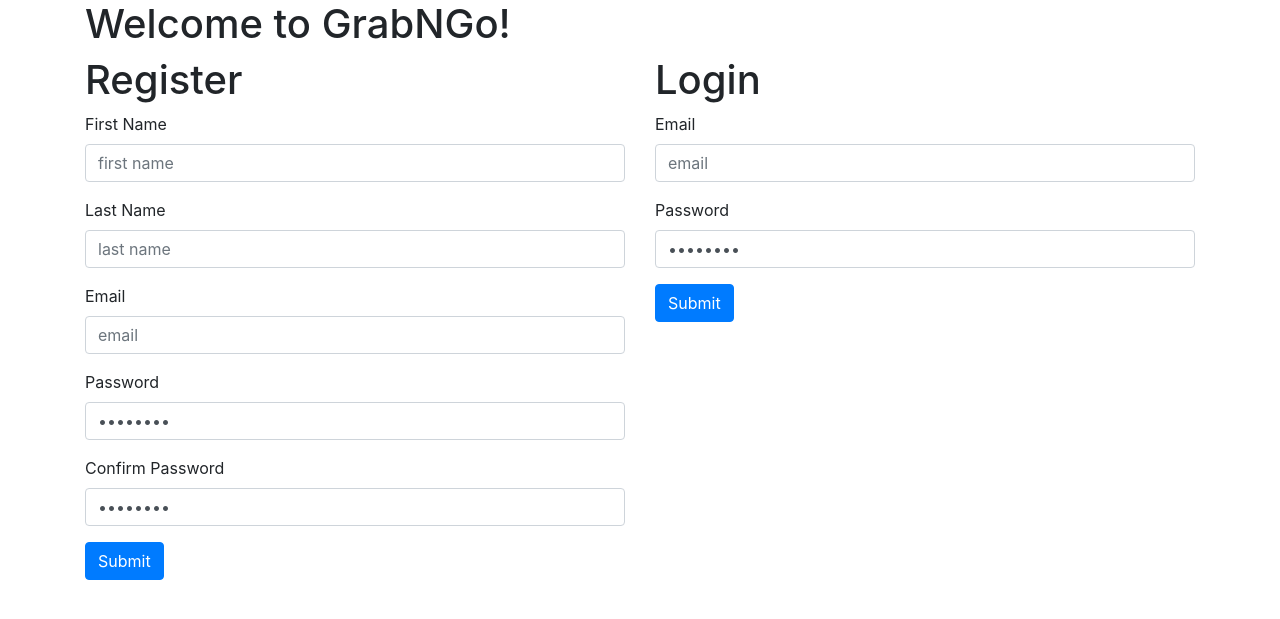
Repository: RICHIE-YIN/Projects
Page: GrabNGo/flask_app/templates/index.html
The author's editor kept a copy of each file at every save. The page is drawn from the files as they stood at one save, then again after the next save.
The browser window is 1280 px wide. The pictures show the whole page.
The page is served by the project's application, run on Flask 3 (GrabNGo/flask_app/__init__.py). The template is opened directly, without the code that normally fills it, so the values that code supplies are empty.

Above is the page before, as saved 2023-04-12 22:38:55.

After the next save:
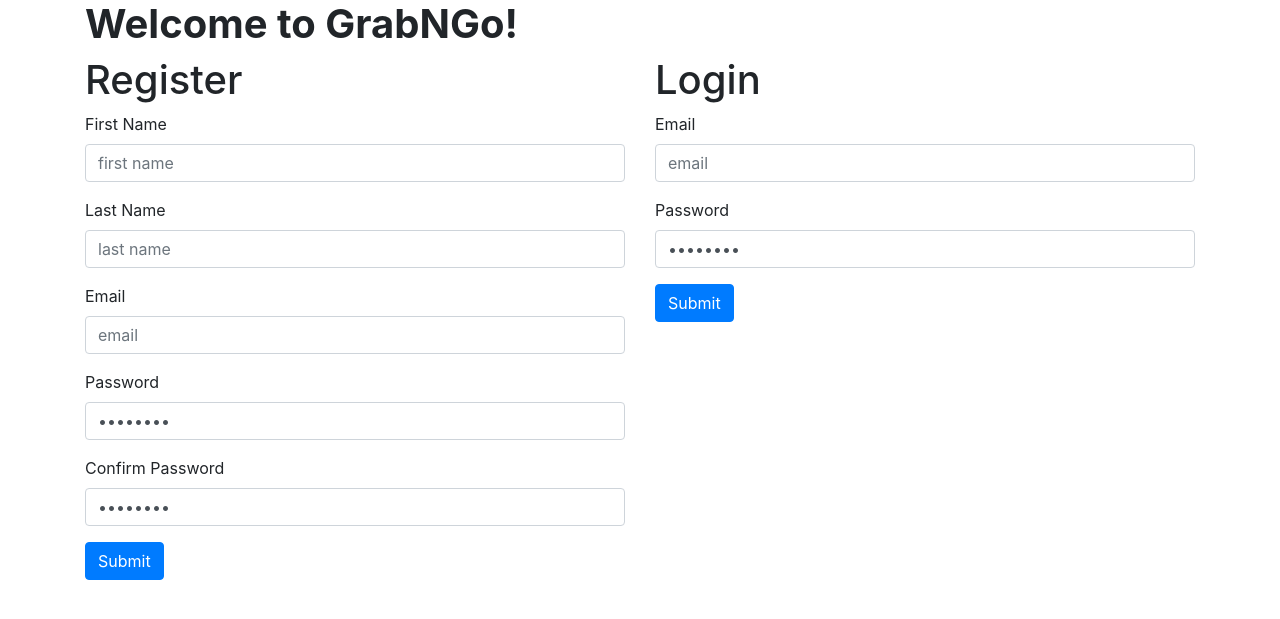
Saved 16 s later.
--- a/GrabNGo/flask_app/templates/index.html
+++ b/GrabNGo/flask_app/templates/index.html
@@ -9,7 +9,7 @@
 </head>
 <body>
     <div class="container">
-      <h1>Welcome to GrabNGo!</h1>
+      <h1><strong>Welcome to GrabNGo!</strong></h1>
         <div class="row">
             <div class="col">
                 <h1>Register</h1>
